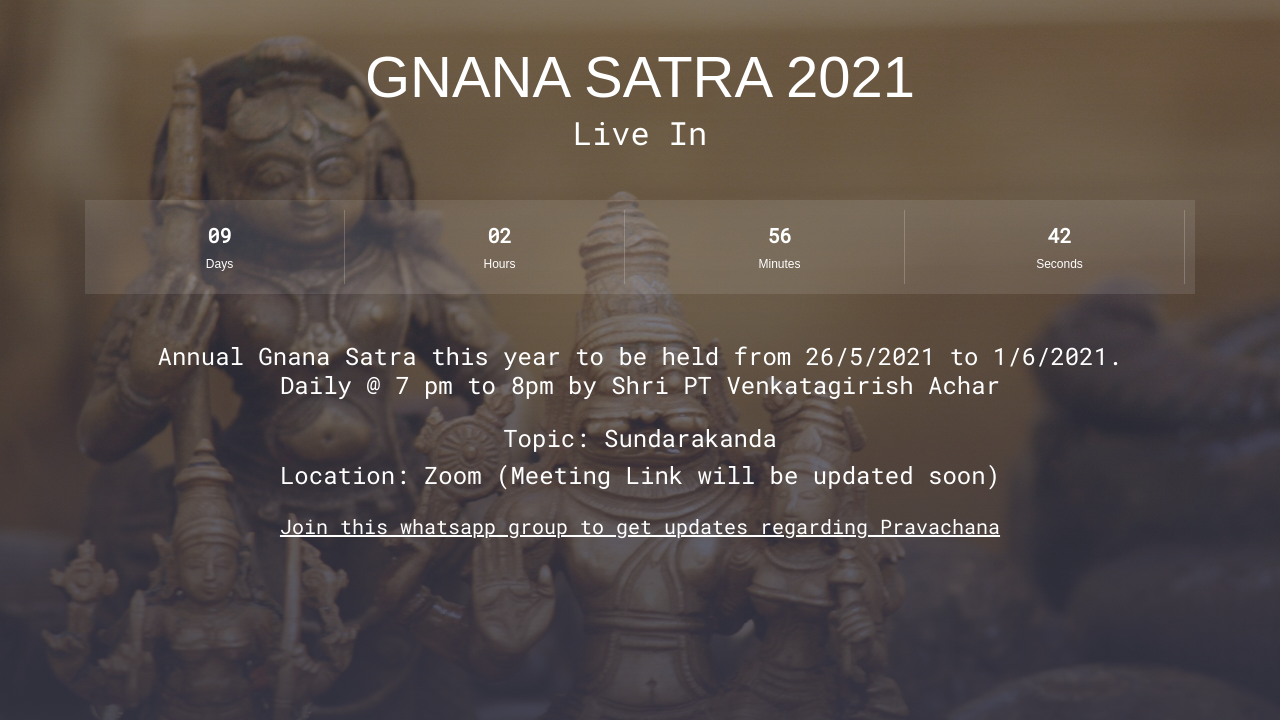
Repository: anirudhbichal/gs
Page: /
These files come from the project's save history. The page is drawn as it stood at one moment and after the next save; the edit follows.
The browser window is 1280 px wide. The pictures show the whole page.
Some web fonts or font styles are not loaded; a fallback is used. The project was rebuilt for these pictures with package versions that can differ from the ones it lists, and the page was loaded fresh each time.

Above is the page before, as saved 2021-05-17 19:12:51.

After the next save:
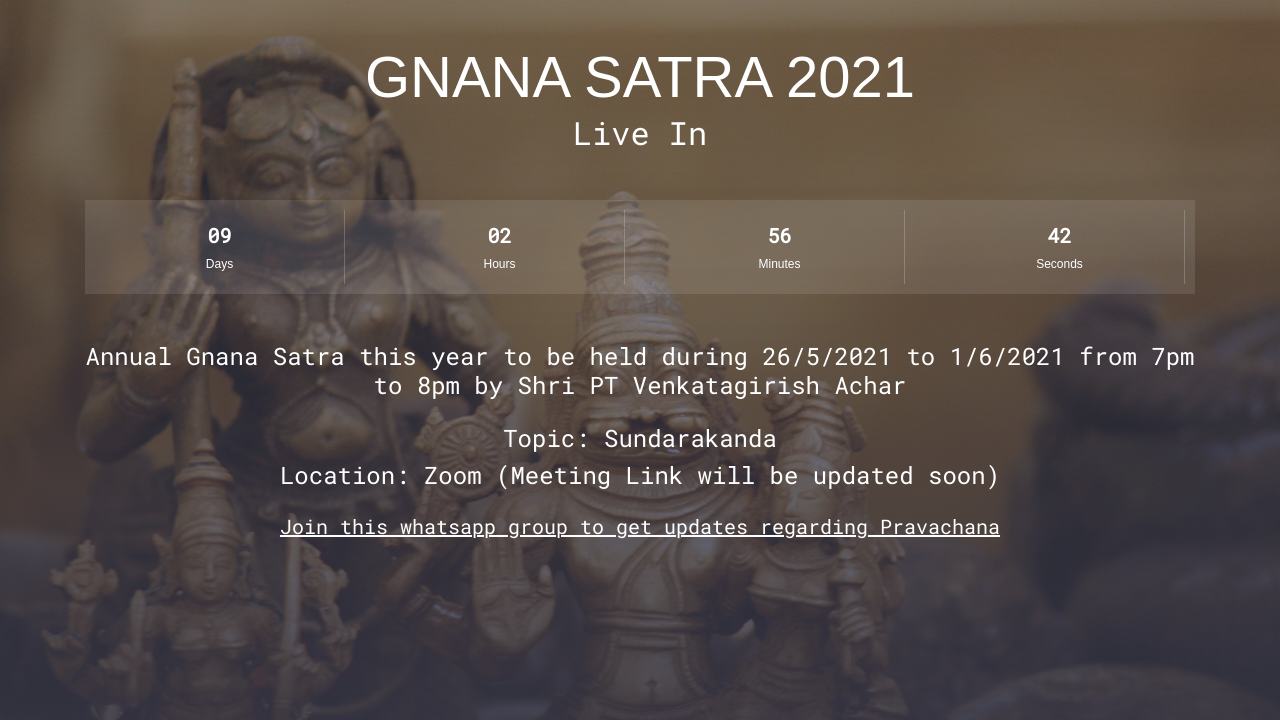
Saved 67 s later.
--- a/src/App.js
+++ b/src/App.js
@@ -13,9 +13,7 @@ function App() {
         <h2 className="mb-5">Live In</h2>
         <Timer />
         <h4 className="mt-5">
-          Annual Gnana Satra this year to be held from 26/5/2021 to 1/6/2021.
-          <br />
-          Daily @ 7 pm to 8pm by Shri PT Venkatagirish Achar
+          Annual Gnana Satra this year to be held during 26/5/2021 to 1/6/2021 from 7pm to 8pm by Shri PT Venkatagirish Achar
         </h4>
         <h4 className="mt-4">
           Topic: Sundarakanda
